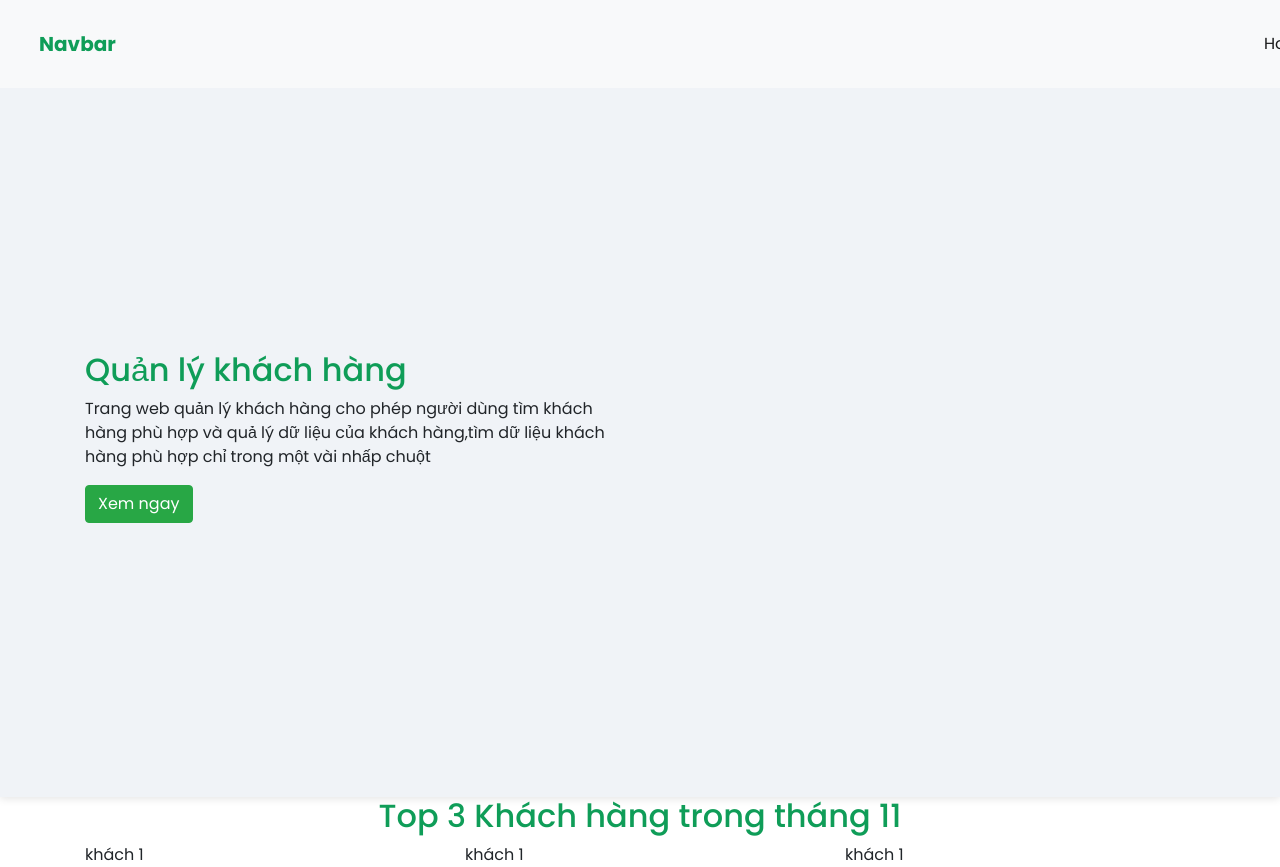
Repository: huutien1904/bt2-ltw
Page: index.html
These files come from the project's save history. The page is drawn as it stood at one moment and after the next save; the edit follows.
The browser window is 1280 px wide. The pictures show the whole page.

Above is the page before, as saved 2021-11-04 08:31:16.

After the next save:
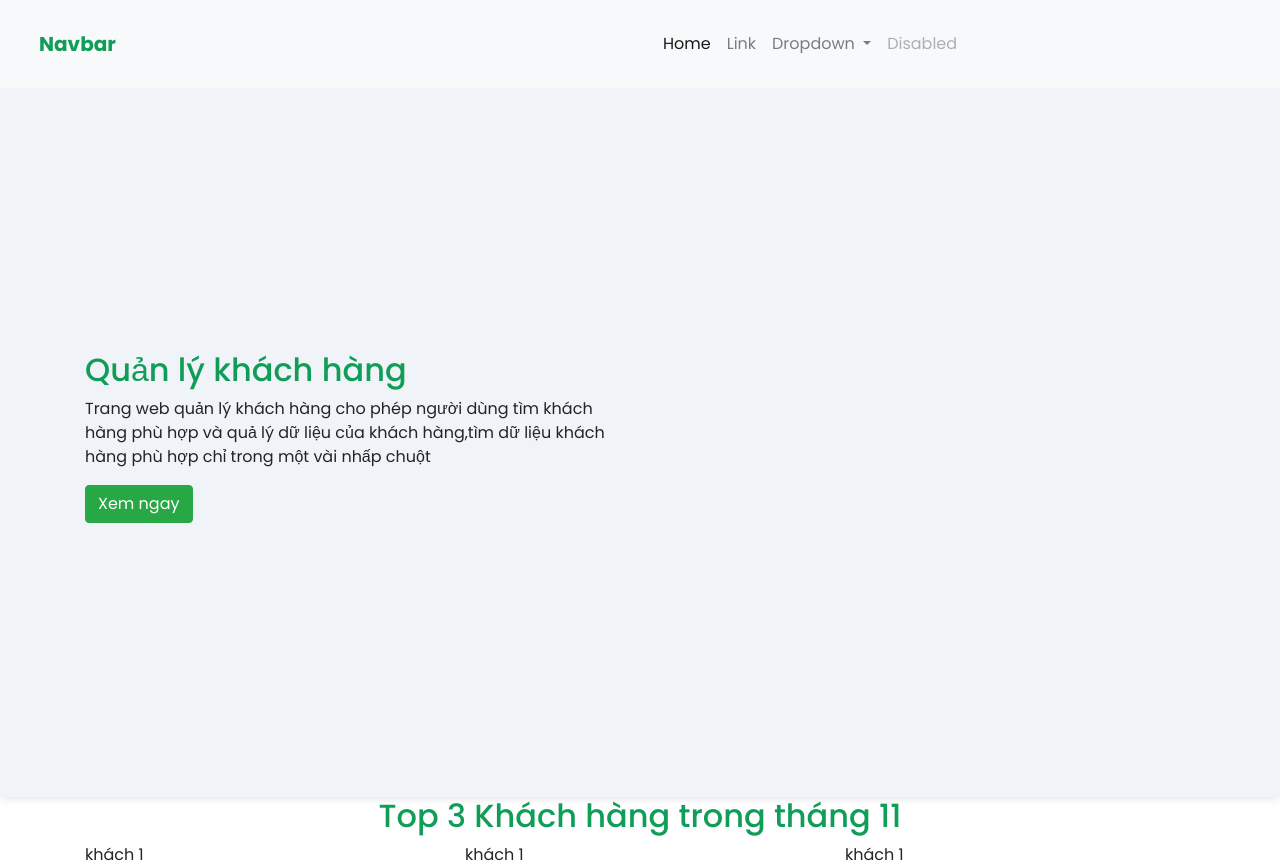
Saved 27 s later.
--- a/index.html
+++ b/index.html
@@ -45,36 +45,38 @@
     <div class="nav_title col-md-6 col-sm-12">
       <a class="navbar-brand" href="#">Navbar</a>
     </div>
-    <div class="nav_menu col-md-6"></div>
     <button class="navbar-toggler" type="button" data-toggle="collapse" data-target="#navbarSupportedContent" aria-controls="navbarSupportedContent" aria-expanded="false" aria-label="Toggle navigation">
       <span class="navbar-toggler-icon"></span>
     </button>
+    <div class="nav_menu col-md-6">
+      <div class="collapse navbar-collapse" id="navbarSupportedContent">
+        <ul class="navbar-nav mr-auto">
+          <li class="nav-item active">
+            <a class="nav-link" href="#">Home <span class="sr-only">(current)</span></a>
+          </li>
+          <li class="nav-item">
+            <a class="nav-link" href="#">Link</a>
+          </li>
+          <li class="nav-item dropdown">
+            <a class="nav-link dropdown-toggle" href="#" id="navbarDropdown" role="button" data-toggle="dropdown" aria-haspopup="true" aria-expanded="false">
+              Dropdown
+            </a>
+            <div class="dropdown-menu" aria-labelledby="navbarDropdown">
+              <a class="dropdown-item" href="#">Action</a>
+              <a class="dropdown-item" href="#">Another action</a>
+              <div class="dropdown-divider"></div>
+              <a class="dropdown-item" href="#">Something else here</a>
+            </div>
+          </li>
+          <li class="nav-item">
+            <a class="nav-link disabled" href="#">Disabled</a>
+          </li>
+        </ul>
 
-    <div class="collapse navbar-collapse" id="navbarSupportedContent">
-      <ul class="navbar-nav mr-auto">
-        <li class="nav-item active">
-          <a class="nav-link" href="#">Home <span class="sr-only">(current)</span></a>
-        </li>
-        <li class="nav-item">
-          <a class="nav-link" href="#">Link</a>
-        </li>
-        <li class="nav-item dropdown">
-          <a class="nav-link dropdown-toggle" href="#" id="navbarDropdown" role="button" data-toggle="dropdown" aria-haspopup="true" aria-expanded="false">
-            Dropdown
-          </a>
-          <div class="dropdown-menu" aria-labelledby="navbarDropdown">
-            <a class="dropdown-item" href="#">Action</a>
-            <a class="dropdown-item" href="#">Another action</a>
-            <div class="dropdown-divider"></div>
-            <a class="dropdown-item" href="#">Something else here</a>
-          </div>
-        </li>
-        <li class="nav-item">
-          <a class="nav-link disabled" href="#">Disabled</a>
-        </li>
-      </ul>
+      </div>
+    </div>
 
-    </div>
+
   </nav>
   <!-- trang chủ -->
   <section
